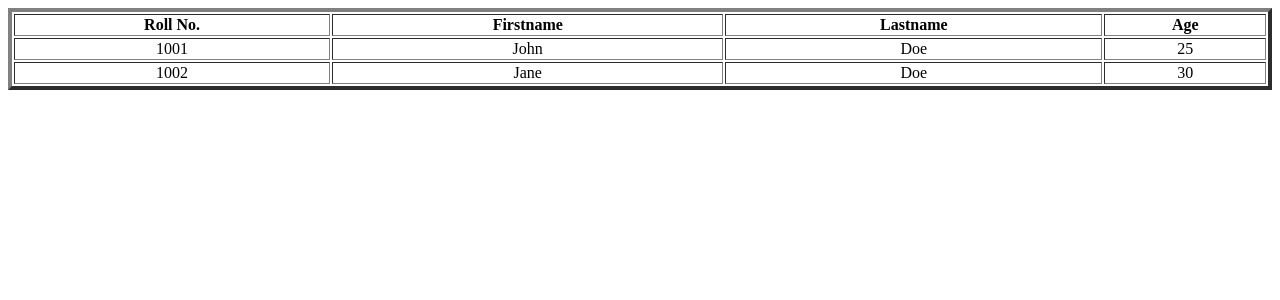
Repository: ankitgujre01/HTMLgeeks
Page: table.html
The author's editor kept a copy of each file at every save. The page is drawn from the files as they stood at one save, then again after the next save.
The browser window is 1280 px wide. The pictures show the whole page.

Above is the page before, as saved 2025-09-03 23:21:47.

After the next save:
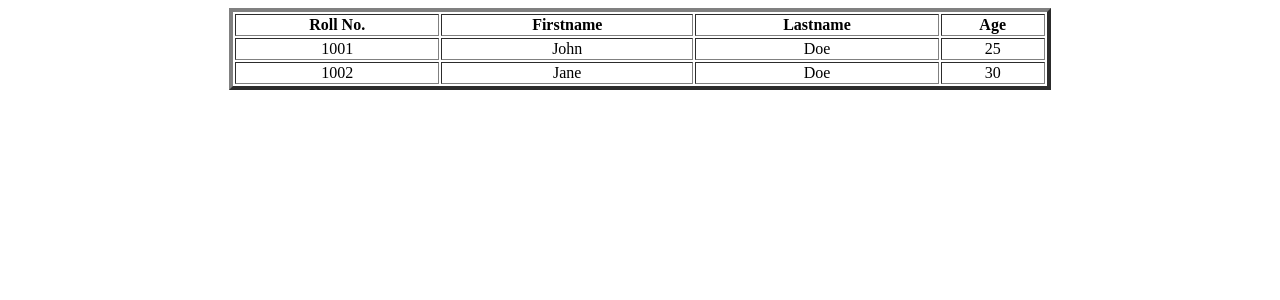
Saved 23 s later.
--- a/table.html
+++ b/table.html
@@ -4,7 +4,7 @@
         <title>Table</title>
     </head>
     <body>
-        <table border="4" align="center" width='100%'>
+        <table border="4" align="center" width='65%'>
             <th>Roll No.</th>
             <th>Firstname</th>
             <th>Lastname</th>
